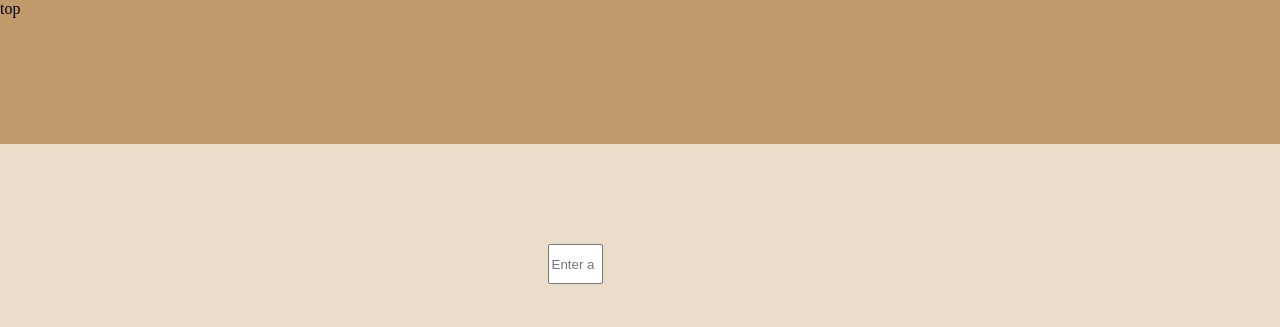
Repository: joshliu14/Travel-Mug
Page: /search
The author's editor kept a copy of each file at every save. The page is drawn from the files as they stood at one save, then again after the next save.
The browser window is 1280 px wide. The pictures show the whole page.
The project was rebuilt for these pictures with package versions that can differ from the ones it lists, and the page was loaded fresh each time.

Above is the page before, as saved 2024-01-02 12:07:23.

After the next save:
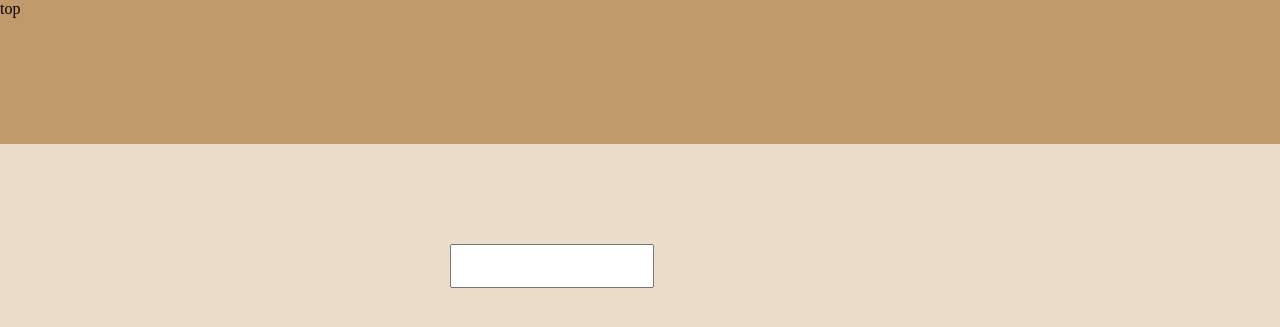
Saved 19 s later.
--- a/src/Home.css
+++ b/src/Home.css
@@ -20,5 +20,6 @@
 .search-bar {
   width: 30%;
   height: 40px;
+  padding: 20px 100px;
   box-sizing: border-box;
 }
